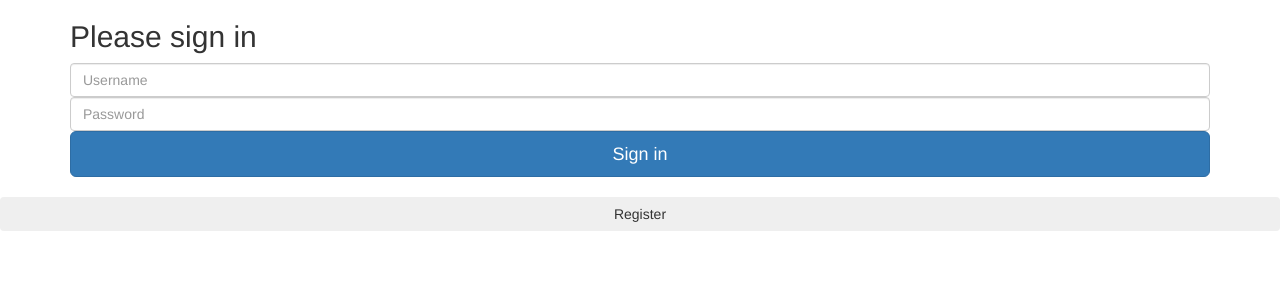
Repository: aaikinsm/FDM-Programs
Page: http://localhost/SoloProject/
These files come from the project's save history. The page is drawn as it stood at one moment and after the next save; the edit follows.
The browser window is 1280 px wide. The pictures show the whole page.
The page is served by Tomcat 9. Other server files are loaded and not shown.

Above is the page before, as saved 2017-05-26 18:00:23.

### SoloProject/WebContent/index.jsp
<%@ page language="java" contentType="text/html; charset=ISO-8859-1"
    pageEncoding="ISO-8859-1"%>
<!DOCTYPE html PUBLIC "-//W3C//DTD HTML 4.01 Transitional//EN" "http://www.w3.org/TR/html4/loose.dtd">
<html>
<head>
<meta http-equiv="Content-Type" content="text/html; charset=ISO-8859-1">
<title>Online Exam</title>
</head>
<body>
	<a href="home">Go to home</a>
</body>
</html>

### SoloProject/WebContent/login.jsp
<%@ page language="java" contentType="text/html; charset=ISO-8859-1"
    pageEncoding="ISO-8859-1"%>
<!DOCTYPE html PUBLIC "-//W3C//DTD HTML 4.01 Transitional//EN" "http://www.w3.org/TR/html4/loose.dtd">
<html>
<head>
<meta http-equiv="Content-Type" content="text/html; charset=ISO-8859-1">
<title>Login</title>

<!-- Latest compiled and minified CSS -->
<link rel="stylesheet" href="https://maxcdn.bootstrapcdn.com/bootstrap/3.3.7/css/bootstrap.min.css" integrity="sha384-BVYiiSIFeK1dGmJRAkycuHAHRg32OmUcww7on3RYdg4Va+PmSTsz/K68vbdEjh4u" crossorigin="anonymous">

</head>
<body>
	<!--<h1>Login</h1>
	<h2 class="error" style="color:red">${errorMsg} </h2>
	 <form action="login" method="post">
		username: <input type="text" name="username"><br/>
		password: <input type="password" name="password"><br/>
		<input type="submit" value="login">
	</form>
	<br/> -->

	<div class="container">

      <form class="form-signin" action="login" method="post">
        <h2 class="form-signin-heading">Please sign in</h2>
        <h4 class="error" style="color:red">${errorMsg} </h4>
        <label for="username" class="sr-only">Username</label>
        <input type="text" id="username" name="username" class="form-control" placeholder="Username" required>
        <label for="inputPassword" class="sr-only">Password</label>
        <input type="password" id="inputPassword" name="password" class="form-control" placeholder="Password" required>
        <button class="btn btn-lg btn-primary btn-block" type="submit">Sign in</button>
      </form>

    </div>
	<br/>
	<button class="btn btn-block">Register</button>
</body>
</html>

After the next save:
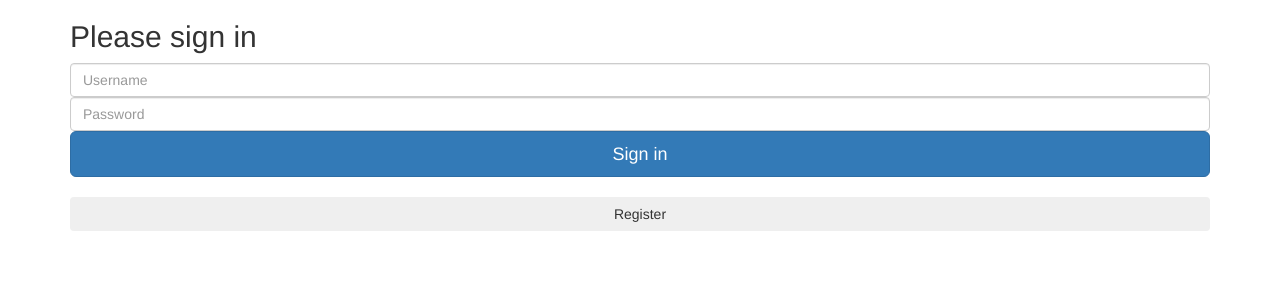
Saved 73 s later.
--- a/SoloProject/WebContent/login.jsp
+++ b/SoloProject/WebContent/login.jsp
@@ -31,9 +31,9 @@
         <input type="password" id="inputPassword" name="password" class="form-control" placeholder="Password" required>
         <button class="btn btn-lg btn-primary btn-block" type="submit">Sign in</button>
       </form>
+		<br/>
+		<button class="btn btn-block">Register</button>
 
     </div>
-	<br/>
-	<button class="btn btn-block">Register</button>
 </body>
 </html>
